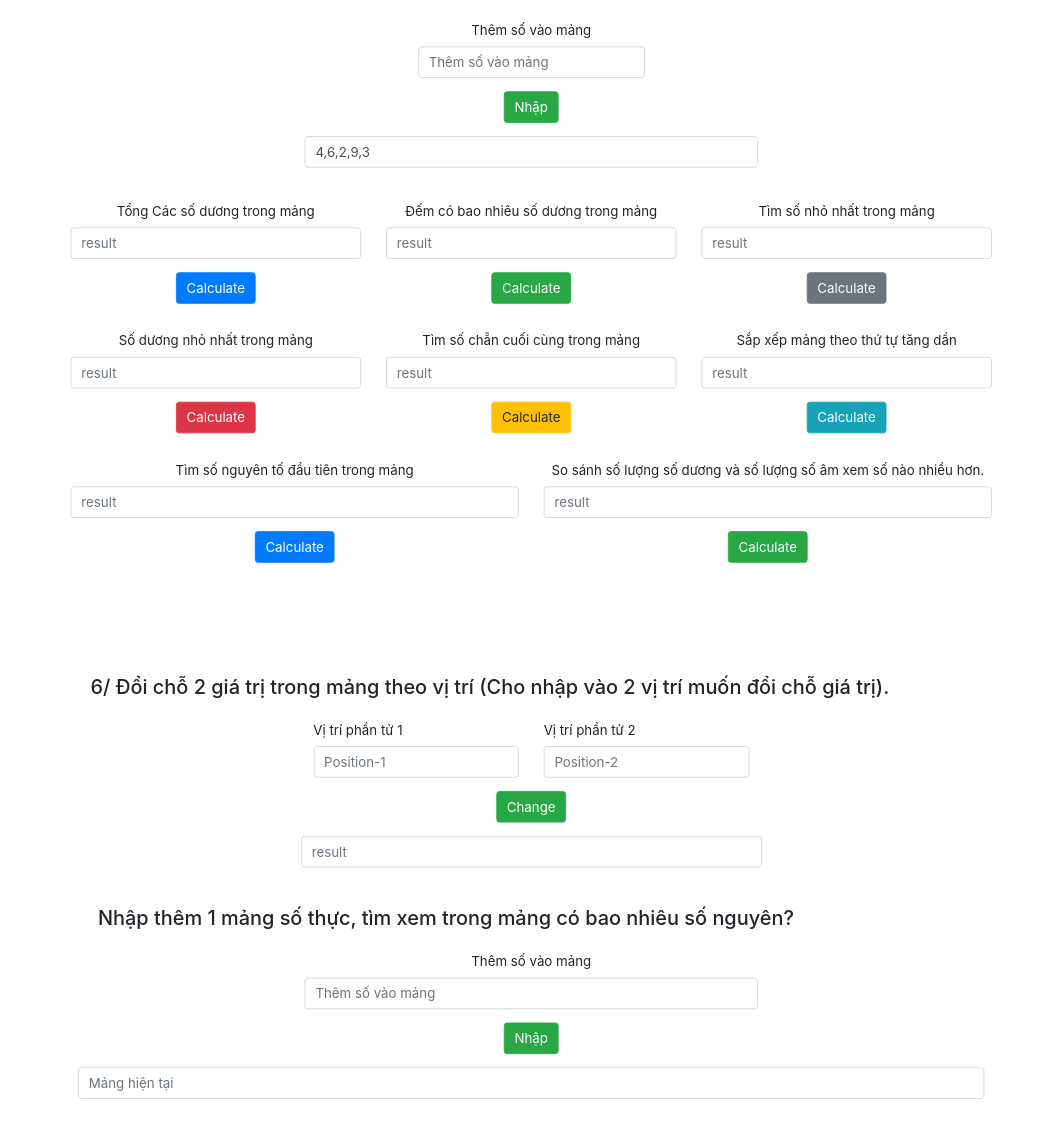
Repository: baobaodeveloper/bootcamp21__array__HuynhAnhBao
Page: index.html
The author's editor kept a copy of each file at every save. The page is drawn from the files as they stood at one save, then again after the next save.
The browser window is 1280 px wide. The pictures show the whole page, at 83% of full size.

Above is the page before, as saved 2022-03-20 19:48:57.

### index.html
<!DOCTYPE html>
<html lang="en">
  <head>
    <title>JavaScript Array</title>
    <!-- Required meta tags -->
    <meta charset="utf-8" />
    <meta
      name="viewport"
      content="width=device-width, initial-scale=1, shrink-to-fit=no"
    />

    <!-- Bootstrap CSS -->
    <link
      rel="stylesheet"
      href="https://stackpath.bootstrapcdn.com/bootstrap/4.3.1/css/bootstrap.min.css"
      integrity="sha384-ggOyR0iXCbMQv3Xipma34MD+dH/1fQ784/j6cY/iJTQUOhcWr7x9JvoRxT2MZw1T"
      crossorigin="anonymous"
    />
  </head>
  <body>
    <div class="container d-flex justify-content-center align-items-center p-4">
      <div
        class="mb-3 text-center w-50 d-flex flex-column justify-content-center align-items-center"
      >
        <label class="form-label">Thêm số vào mảng</label>
        <input
          type="number"
          class="form-control w-50"
          id="number"
          placeholder="Thêm số vào mảng"
          value=""
        />
        <button type="button" class="btn btn-success m-3" id="input">
          Nhập
        </button>
        <input
          type="text"
          class="form-control d-block w-100"
          id="array-current"
          placeholder="Mảng hiện tại"
        />
      </div>
    </div>

    <div class="container">
      <div class="row">
        <div class="col text-center">
          <label class="form-label">Tổng Các số dương trong mảng</label>
          <input
            type="text"
            class="form-control"
            placeholder="result"
            id="result1"
          />
          <button
            type="button"
            class="btn btn-primary m-3"
            id="calculate-total-positive"
          >
            Calculate
          </button>
        </div>
        <div class="col text-center">
          <label class="form-label">Đếm có bao nhiêu số dương trong mảng</label>
          <input
            type="text"
            class="form-control"
            placeholder="result"
            id="result2"
          />
          <button
            type="button"
            class="btn btn-success m-3"
            id="total-number-position"
          >
            Calculate
          </button>
        </div>
        <div class="col text-center">
          <label class="form-label">Tìm số nhỏ nhất trong mảng</label>
          <input
            type="text"
            class="form-control"
            placeholder="result"
            id="result3"
          />
          <button type="button" class="btn btn-secondary m-3" id="min-number">
            Calculate
          </button>
        </div>
      </div>
    </div>

    <div class="container pt-3">
      <div class="row">
        <div class="col text-center">
          <label class="form-label">Số dương nhỏ nhất trong mảng</label>
          <input
            type="text"
            class="form-control"
            placeholder="result"
            id="result4"
          />
          <button type="button" class="btn btn-danger m-3" id="min-positive">
            Calculate
          </button>
        </div>
        <div class="col text-center">
          <label class="form-label">Tìm số chẵn cuối cùng trong mảng</label>
          <input
            type="text"
            class="form-control"
            placeholder="result"
            id="result5"
          />
          <button type="button" class="btn btn-warning m-3" id="even-end">
            Calculate
          </button>
        </div>
        <div class="col text-center">
          <label class="form-label">Sắp xếp mảng theo thứ tự tăng dần</label>
          <input
            type="text"
            class="form-control"
            placeholder="result"
            id="result7"
          />
          <button type="button" class="btn btn-info m-3" id="increase">
            Calculate
          </button>
        </div>
      </div>
    </div>

    <div class="container pt-3">
      <div class="row">
        <div class="col text-center">
          <label class="form-label">Tìm số nguyên tố đầu tiên trong mảng</label>
          <input
            type="text"
            class="form-control"
            placeholder="result"
            id="result8"
          />
          <button
            type="button"
            class="btn btn-primary m-3"
            id="num-prime-first"
          >
            Calculate
          </button>
        </div>
        <div class="col text-center">
          <label class="form-label"
            >So sánh số lượng số dương và số lượng số âm xem số nào nhiều
            hơn.</label
          >
          <input
            type="text"
            class="form-control"
            placeholder="result"
            id="result10"
          />
          <button type="button" class="btn btn-success m-3" id="combine">
            Calculate
          </button>
        </div>
      </div>
    </div>

    <div class="container mt-5 pt-5">
      <h4 class="m-4">
        6/ Đổi chỗ 2 giá trị trong mảng theo vị trí (Cho nhập vào 2 vị trí muốn
        đổi chỗ giá trị).
      </h4>
      <div class="row w-50 m-auto">
        <div class="col">
          <label class="form-label">Vị trí phần tử 1</label>
          <input
            type="text"
            class="form-control"
            placeholder="Position-1"
            id="position-1"
          />
        </div>
        <div class="col">
          <label class="form-label">Vị trí phần tử 2</label>
          <input
            type="text"
            class="form-control"
            placeholder="Position-2"
            id="position-2"
          />
        </div>
      </div>
      <div class="w-50 m-auto text-center">
        <button type="button" class="btn btn-success m-3" id="change">
          Change
        </button>
        <input
          type="text"
          class="form-control"
          placeholder="result"
          id="result6"
        />
      </div>
    </div>

    <div class="container p-4">
      <h4 class="m-4">
        Nhập thêm 1 mảng số thực, tìm xem trong mảng có bao nhiêu số nguyên?
      </h4>
      <div
        class="mb-3 text-center w-100 d-flex flex-column justify-content-center align-items-center"
      >
        <label class="form-label">Thêm số vào mảng</label>
        <input
          type="number"
          class="form-control w-50"
          id="number"
          placeholder="Thêm số vào mảng"
          value=""
        />
        <button type="button" class="btn btn-success m-3" id="input">
          Nhập
        </button>
        <input
          type="text"
          class="form-control d-block w-100"
          id="array-current"
          placeholder="Mảng hiện tại"
        />
      </div>
    </div>
    <!-- Optional JavaScript -->
    <!-- jQuery first, then Popper.js, then Bootstrap JS -->
    <script
      src="https://code.jquery.com/jquery-3.3.1.slim.min.js"
      integrity="sha384-q8i/X+965DzO0rT7abK41JStQIAqVgRVzpbzo5smXKp4YfRvH+8abtTE1Pi6jizo"
      crossorigin="anonymous"
    ></script>
    <script
      src="https://cdnjs.cloudflare.com/ajax/libs/popper.js/1.14.7/umd/popper.min.js"
      integrity="sha384-UO2eT0CpHqdSJQ6hJty5KVphtPhzWj9WO1clHTMGa3JDZwrnQq4sF86dIHNDz0W1"
      crossorigin="anonymous"
    ></script>
    <script
      src="https://stackpath.bootstrapcdn.com/bootstrap/4.3.1/js/bootstrap.min.js"
      integrity="sha384-JjSmVgyd0p3pXB1rRibZUAYoIIy6OrQ6VrjIEaFf/nJGzIxFDsf4x0xIM+B07jRM"
      crossorigin="anonymous"
    ></script>
    <script src="app.js"></script>
  </body>
</html>

### app.js
// const number = document.getElementById("number");
// let arr = [];
// document.getElementById("input").addEventListener("click", () => {
//   const numberValue = number.value;
//   if (!numberValue) return;

//   arr.push(+numberValue);
//   number.value = "";
//   console.log(arr);
//   document.getElementById("array-current").value = arr.join("  ");
// });
let arr = [4, 6, 2, 9, 3];
document.getElementById("array-current").value = arr;
// 1. Tổng các số dương trong mảng.
document
  .getElementById("calculate-total-positive")
  .addEventListener("click", () => {
    const totalArrPositive = arr
      .filter((cur) => cur > 0)
      .reduce((cur, acc) => cur + acc, 0);
    document.getElementById("result1").value = totalArrPositive;
  });

// 2. Đếm có bao nhiêu số dương trong mảng.
document
  .getElementById("total-number-position")
  .addEventListener("click", () => {
    const totalArrPositive = arr.filter((cur) => cur > 0).length;
    document.getElementById("result2").value = totalArrPositive;
  });

//3. Tìm số nhỏ nhất trong mảng.
document.getElementById("min-number").addEventListener("click", () => {
  let minNumber = arr[0];
  arr.forEach((num) => {
    if (num < minNumber) minNumber = num;
  });
  document.getElementById("result3").value = minNumber;
});

// 4. Tìm số dương nhỏ nhất trong mảng.
document.getElementById("min-positive").addEventListener("click", () => {
  const positive = arr.filter((cur) => cur > 0).sort((a, b) => a - b);

  document.getElementById("result4").value = positive[0];
});

// 5. Tìm số chẵn cuối cùng trong mảng. Nếu mảng không có giá trị chẵn thì trả về -1.
document.getElementById("even-end").addEventListener("click", () => {
  const numEven = arr.filter((cur) => cur % 2 === 0);
  let numEvenEnd;
  if (numEven.length > 0) {
    numEvenEnd = numEven[numEven.length - 1];
  } else {
    numEvenEnd = -1;
  }
  document.getElementById("result5").value = numEvenEnd;
});

// 7. Sắp xếp mảng theo thứ tự tăng dần.
document.getElementById("increase").addEventListener("click", () => {
  const increaArr = arr.sort((a, b) => a - b);
  document.getElementById("result7").value = increaArr.join("  ");
});

// 8. Tìm số nguyên tố đầu tiên trong mảng. Nếu mảng không có số nguyên tố thì trả về – 1.

document.getElementById("num-prime-first").addEventListener("click", () => {
  const prime = arr.filter((cur) => cur > 1);

  let numPrimeFirst = -1;
  for (let i = 0; i < prime.length; i++) {
    if (prime[i] === 2) {
      numPrimeFirst = prime[i];
      break;
    } else if (prime[i] % 2 !== 0) {
      let check = true;
      for (let j = 2; j < prime[i]; j++) {
        if (prime[i] % j === 0) {
          check = false;
        }
      }
      if (check) {
        numPrimeFirst = prime[i];
        break;
      }
    }
  }
  document.getElementById("result8").value = numPrimeFirst;
});

// 10. So sánh số lượng số dương và số lượng số âm xem số nào nhiều hơn.

document.getElementById("combine").addEventListener("click", () => {
  const positive = arr.filter((cur) => cur > 0);
  const negative = arr.filter((cur) => cur < 0);
  let combine = "";
  if (positive.length < negative.length) {
    combine = `Số lượng số âm là ${negative.length} lớn hơn số lượng số dương là    ${positive.length}`;
  } else if (positive.length > negative.length) {
    combine = `Số lượng số dương là ${positive.length} lớn hơn số lượng số âm là ${negative.length}`;
  } else {
    combine = `Số lượng số dương bằng số lượng số âm ${negative.length}`;
  }

  document.getElementById("result10").value = combine;
});

// 6. Đổi chỗ 2 giá trị trong mảng theo vị trí (Cho nhập vào 2 vị trí muốn đổi chỗ giá trị).
const position1 = document.getElementById("position-1");
const position2 = document.getElementById("position-2");
document.getElementById("change").addEventListener("click", () => {
  if (
    !position1.value ||
    !position2.value ||
    +position1.value < 0 ||
    +position2.value < 0 ||
    +position1.value > arr.length - 1 ||
    +position2.value > arr.length - 1
  )
    return alert("Input Invalid");

  const position1Value = +position1.value;
  const position2Value = +position2.value;

  [arr[position1Value], arr[position2Value]] = [
    arr[position2Value],
    arr[position1Value],
  ];
  document.getElementById("result6").value = arr.join("  ");
});

After the next save:
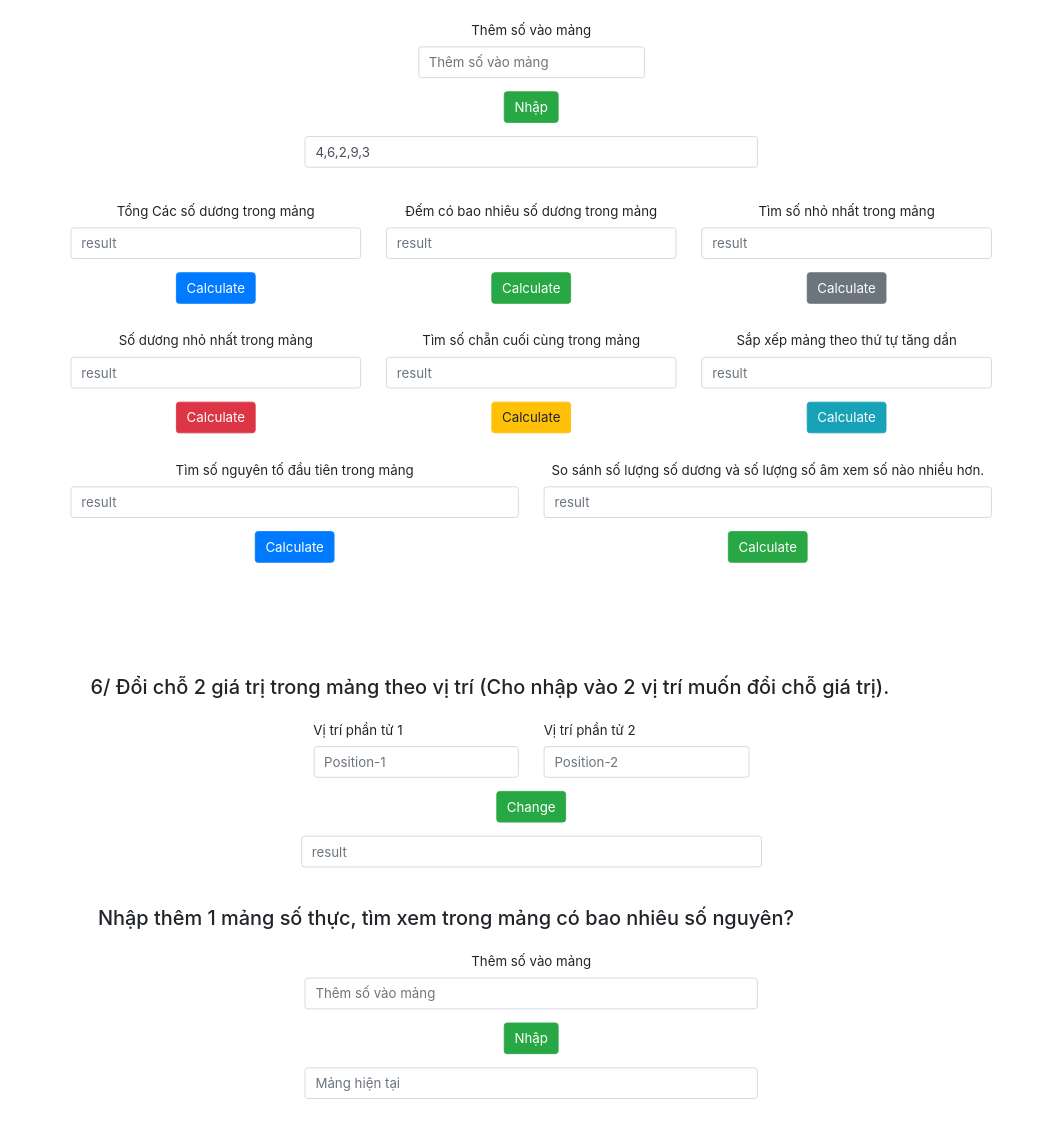
Saved 20 s later.
--- a/index.html
+++ b/index.html
@@ -226,7 +226,7 @@
         </button>
         <input
           type="text"
-          class="form-control d-block w-100"
+          class="form-control d-block w-50"
           id="array-current"
           placeholder="Mảng hiện tại"
         />
